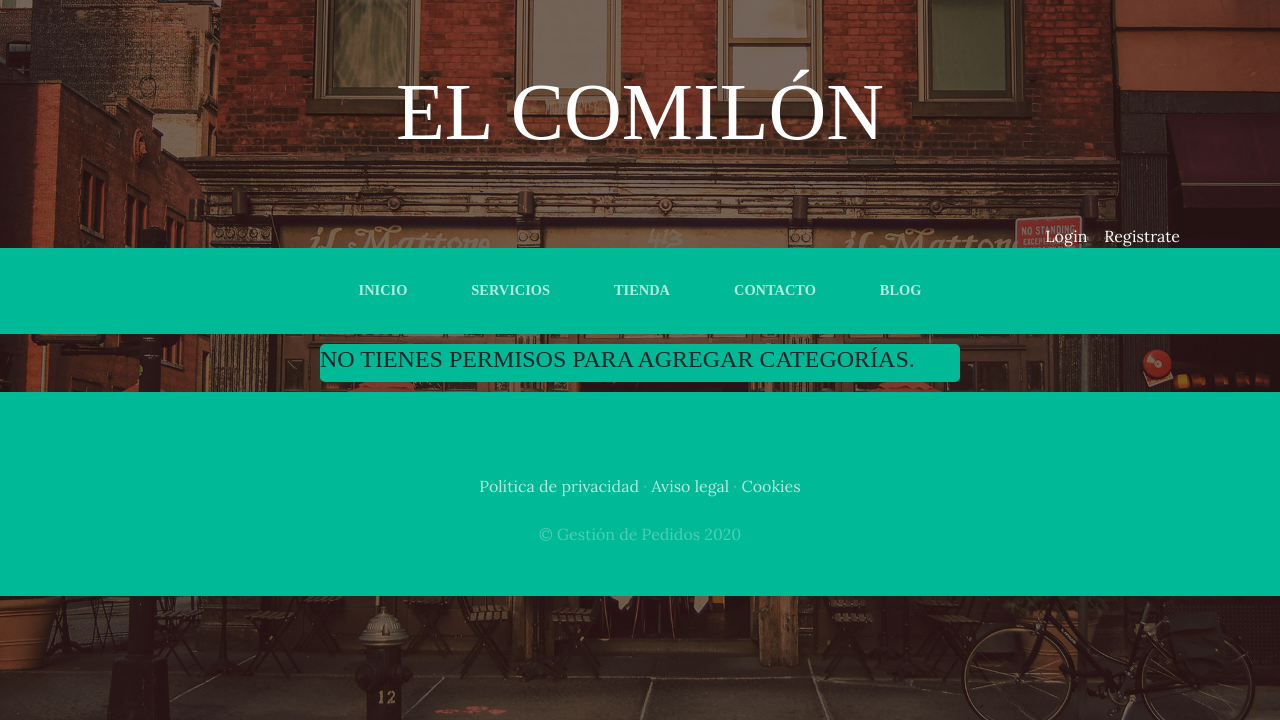
Repository: MatLarrea/Entrega_Elcomilon
Page: http://localhost/tienda/agregar_categoria/
An editor plug-in stored every save of this project. The page is shown before and after the next save, followed by the edit.
The browser window is 1280 px wide. The pictures show the whole page.
Some web fonts or font styles are not loaded; a fallback is used. The page is served by the project's application, run on Django 5.2 (manage.py).

Above is the page before, as saved 2024-07-11 22:41:51.
Console error: TypeError: Cannot read properties of null (reading 'addEventListener')

After the next save:
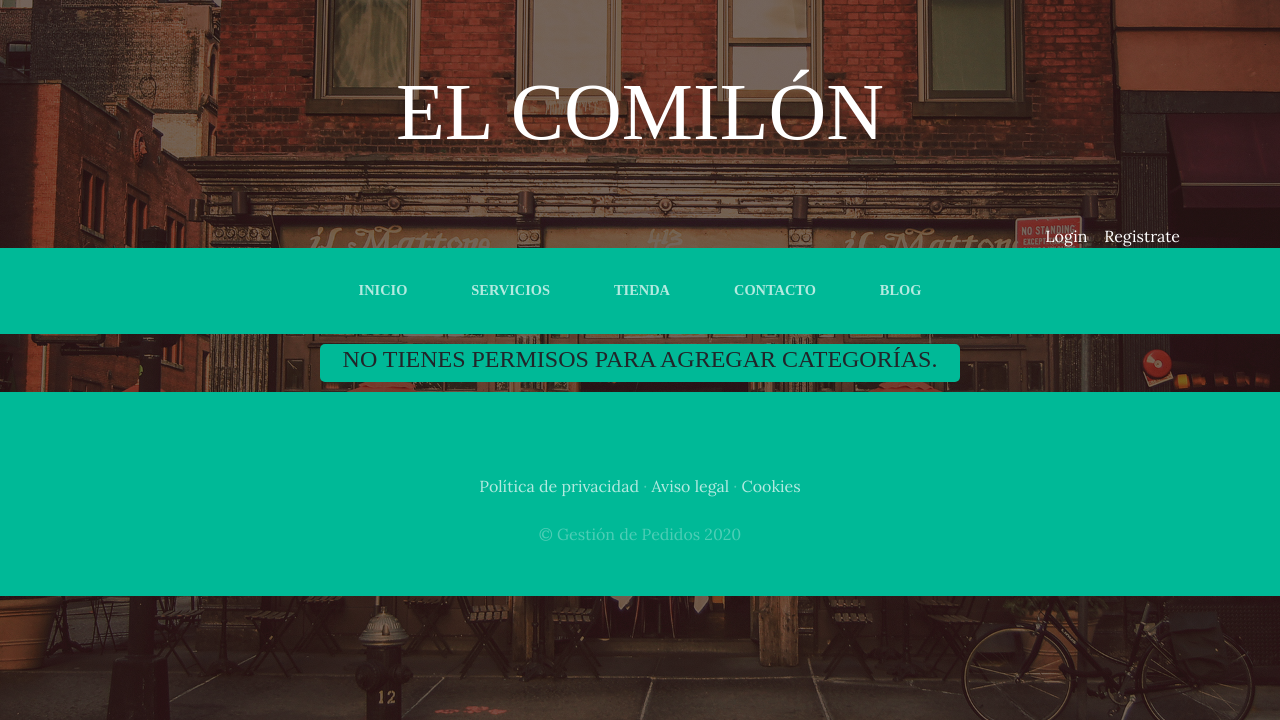
Saved 14 s later.
--- a/TiendaApp/templates/tienda/agregar_categoria.html
+++ b/TiendaApp/templates/tienda/agregar_categoria.html
@@ -33,7 +33,7 @@
 </div>
 {% else %}
 <div class="formularioContacto">
-    <H4>NO TIENES PERMISOS PARA AGREGAR CATEGORÍAS.</H4>
+    <H4 style="text-align: center;">NO TIENES PERMISOS PARA AGREGAR CATEGORÍAS.</H4>
 </div>
 {% endif %}
 
